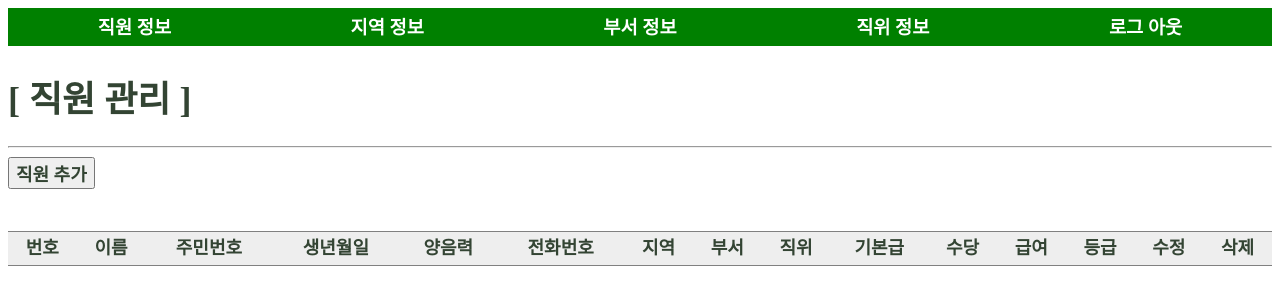
Repository: Umkimisstrong/UM_SpringMVCStudy
Page: http://localhost/mvc04/WEB-INF/view/RegionList.jsp
An editor plug-in stored every save of this project. The page is shown before and after the next save, followed by the edit.
The browser window is 1280 px wide. The pictures show the whole page.
The page is served by Tomcat 9. Nobody is signed in. The template is opened directly, without the code that normally fills it, so the values that code supplies are empty.

Above is the page before, as saved 2022-06-02 03:06:44.

After the next save:
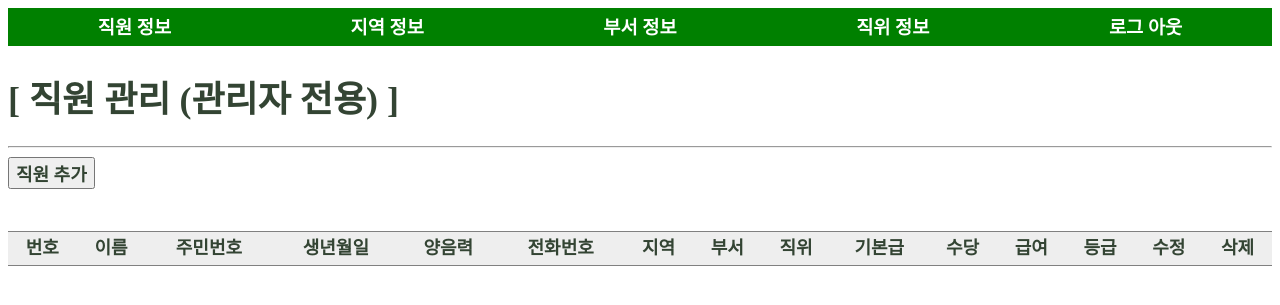
Saved 69 s later.
--- a/mvc04/WebContent/WEB-INF/view/RegionList.jsp
+++ b/mvc04/WebContent/WEB-INF/view/RegionList.jsp
@@ -65,7 +65,7 @@
 
 	<!-- 콘텐츠 영역 -->
 	<div id="content">
-		<h1>[ 직원 관리 ]</h1>
+		<h1>[ 직원 관리 (관리자 전용) ]</h1>
 		<hr />
 
 		<div>
